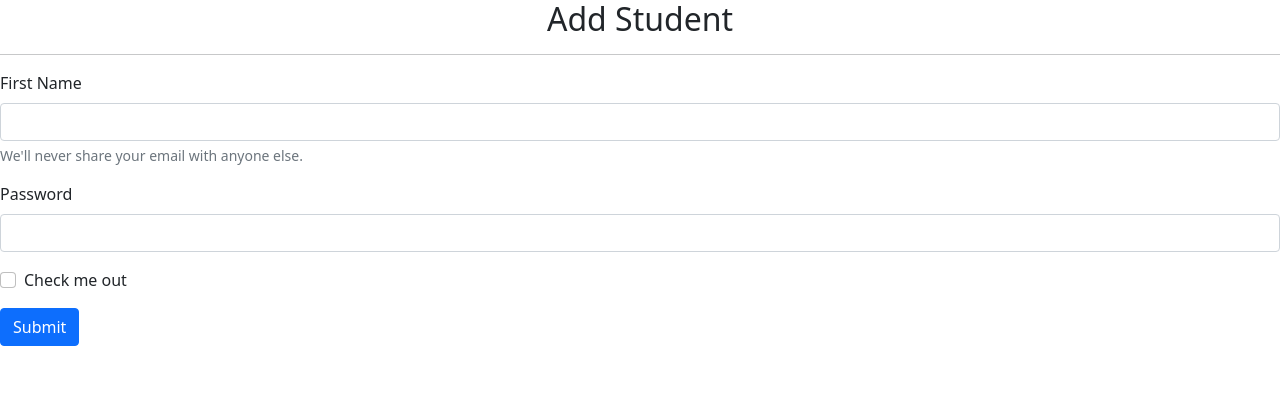
Repository: SuyashAwasthy/Javaee
Page: http://localhost/11-student-mvc-db/add-student.jsp
An editor plug-in stored every save of this project. The page is shown before and after the next save, followed by the edit.
The browser window is 1280 px wide. The pictures show the whole page.
The page is served by Tomcat 9. Other server files are loaded and not shown.

Above is the page before, as saved 2024-07-17 07:26:28.

### 11-student-mvc-db/WebContent/add-student.jsp
<%@ page language="java" contentType="text/html; charset=ISO-8859-1"
	pageEncoding="ISO-8859-1"%>
<link
	href="https://cdn.jsdelivr.net/npm/bootstrap@5.0.2/dist/css/bootstrap.min.css"
	rel="stylesheet"
	integrity="sha384-EVSTQN3/azprG1Anm3QDgpJLIm9Nao0Yz1ztcQTwFspd3yD65VohhpuuCOmLASjC"
	crossorigin="anonymous">
<script
	src="https://cdn.jsdelivr.net/npm/bootstrap@5.0.2/dist/js/bootstrap.bundle.min.js"
	integrity="sha384-MrcW6ZMFYlzcLA8Nl+NtUVF0sA7MsXsP1UyJoMp4YLEuNSfAP+JcXn/tWtIaxVXM"
	crossorigin="anonymous"></script>
<meta charset="ISO-8859-1">
<!DOCTYPE html>
<html>
<head>
<meta charset="ISO-8859-1">
<title>Add Student</title>
</head>
<body>
	<div class="container">
		<div class="text-center">
			<p class="h2">Add Student</p>
		</div>
	</div>
	<hr>
	<form action="StudentController">
		<div class="mb-3">
			<label for="first_name" class="form-label">First Name</label> <input type="text" class="form-control"
				id="first_name">
			<div id="emailHelp" class="form-text">We'll never share your
				email with anyone else.</div>
		</div>
		<div class="mb-3">
			<label for="exampleInputPassword1" class="form-label">Password</label>
			<input type="password" class="form-control"
				id="exampleInputPassword1">
		</div>
		<div class="mb-3 form-check">
			<input type="checkbox" class="form-check-input" id="exampleCheck1">
			<label class="form-check-label" for="exampleCheck1">Check me
				out</label>
		</div>
		<button type="submit" class="btn btn-primary">Submit</button>
	</form>

</body>
</html>

After the next save:
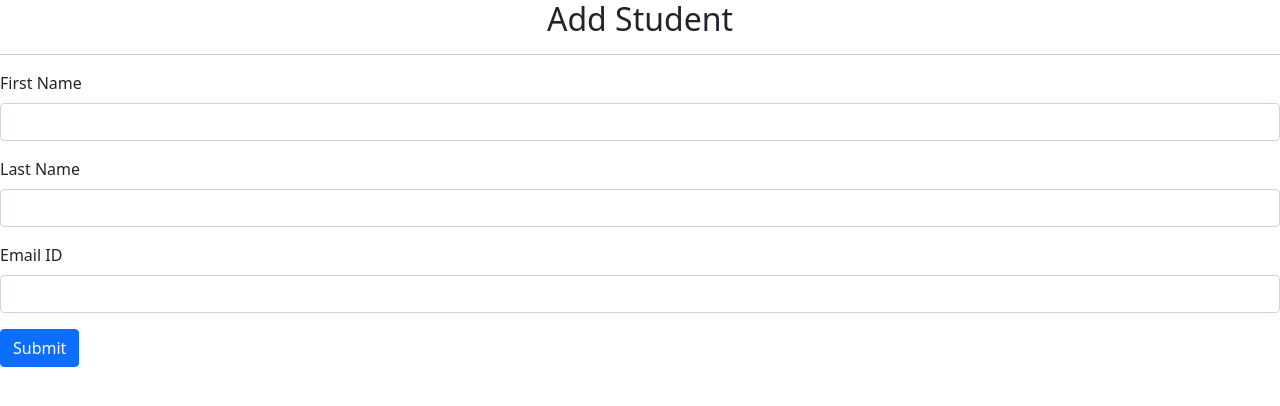
Saved 61 s later.
--- a/11-student-mvc-db/WebContent/add-student.jsp
+++ b/11-student-mvc-db/WebContent/add-student.jsp
@@ -27,18 +27,14 @@
 		<div class="mb-3">
 			<label for="first_name" class="form-label">First Name</label> <input type="text" class="form-control"
 				id="first_name">
-			<div id="emailHelp" class="form-text">We'll never share your
-				email with anyone else.</div>
 		</div>
 		<div class="mb-3">
-			<label for="exampleInputPassword1" class="form-label">Password</label>
-			<input type="password" class="form-control"
-				id="exampleInputPassword1">
+			<label for="last_name" class="form-label">Last Name</label> <input type="text" class="form-control"
+				id="last_name">
 		</div>
-		<div class="mb-3 form-check">
-			<input type="checkbox" class="form-check-input" id="exampleCheck1">
-			<label class="form-check-label" for="exampleCheck1">Check me
-				out</label>
+		<div class="mb-3">
+			<label for="email" class="form-label">Email ID</label> <input type="email" class="form-control"
+				id="email">
 		</div>
 		<button type="submit" class="btn btn-primary">Submit</button>
 	</form>
